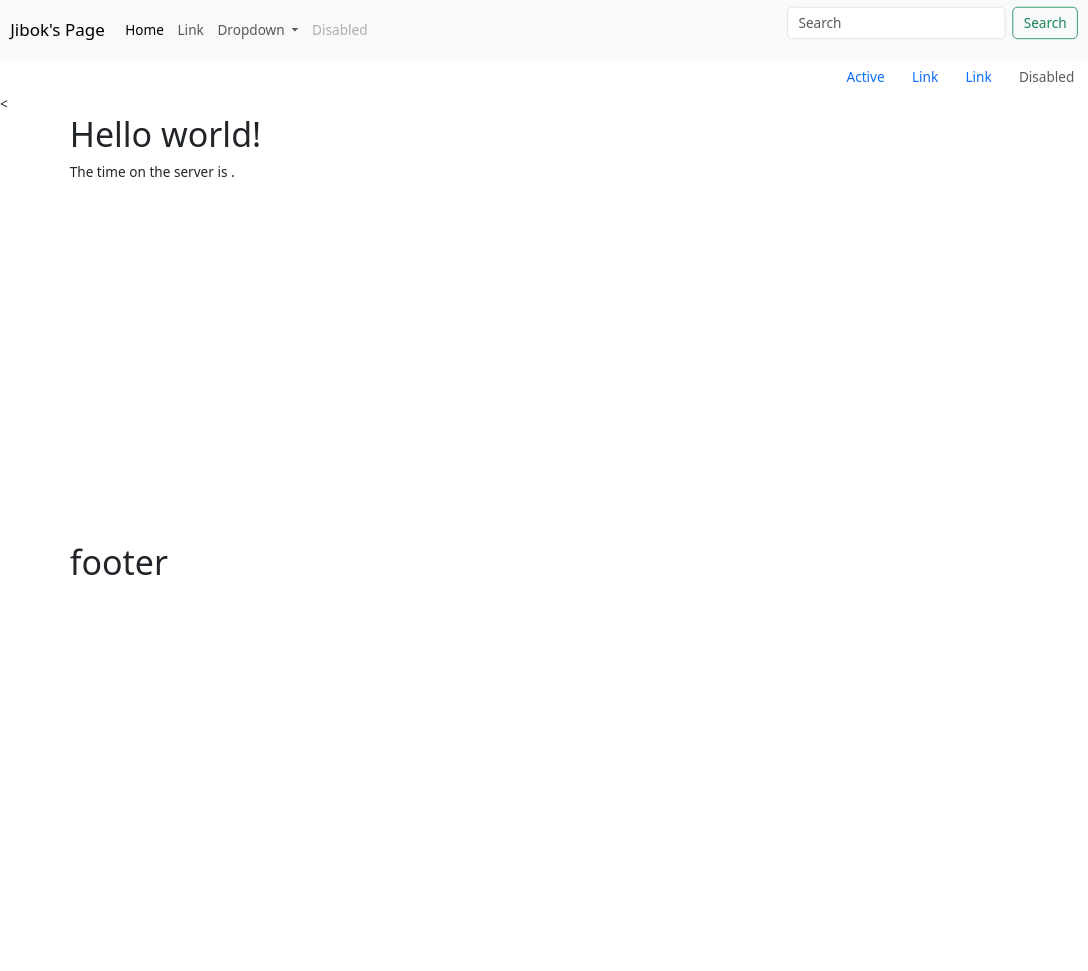
Repository: budflower44/Spring_project
Page: http://localhost/spring_seulmi/WEB-INF/views/index.jsp
The author's editor kept a copy of each file at every save. The page is drawn from the files as they stood at one save, then again after the next save.
The browser window is 1280 px wide. The pictures show the whole page, at 85% of full size.
The page is served by Tomcat 9. Nobody is signed in. Other server files are loaded and not shown. The template is opened directly, without the code that normally fills it, so the values that code supplies are empty.

Above is the page before, as saved 2024-01-17 05:04:56.

### spring_seulmi/src/main/webapp/WEB-INF/views/index.jsp

<jsp:include page="layout/header.jsp" />
<jsp:include page="layout/Nav.jsp" />
<<style>
	.container{
		height: 70vh;
	}
</style>

<div class="container">

<h1>
	Hello world!
</h1>

<P>  The time on the server is ${serverTime}. </P>


</div>

<jsp:include page="layout/footer.jsp" />

### spring_seulmi/src/main/webapp/WEB-INF/views/layout/header.jsp
<%@ page language="java" contentType="text/html; charset=UTF-8"
    pageEncoding="UTF-8"%>
<%@ taglib uri="http://java.sun.com/jsp/jstl/core" prefix="c" %>
<%@ taglib uri="http://www.springframework.org/security/tags" prefix="sec" %>
<link href="https://cdn.jsdelivr.net/npm/bootstrap@5.3.1/dist/css/bootstrap.min.css" rel="stylesheet" integrity="sha384-4bw+/aepP/YC94hEpVNVgiZdgIC5+VKNBQNGCHeKRQN+PtmoHDEXuppvnDJzQIu9" crossorigin="anonymous">


<!DOCTYPE html>
<html>
<head>
<meta charset="UTF-8">
<title>Insert title here</title>
</head>
<body>

<nav class="navbar navbar-expand-lg bg-body-tertiary">
  <div class="container-fluid">
    <a class="navbar-brand" href="#">Jibok's Page</a>
    <button class="navbar-toggler" type="button" data-bs-toggle="collapse" data-bs-target="#navbarSupportedContent" aria-controls="navbarSupportedContent" aria-expanded="false" aria-label="Toggle navigation">
      <span class="navbar-toggler-icon"></span>
    </button>
    <div class="collapse navbar-collapse" id="navbarSupportedContent">
      <ul class="navbar-nav me-auto mb-2 mb-lg-0">
        <li class="nav-item">
          <a class="nav-link active" aria-current="page" href="#">Home</a>
        </li>
        <li class="nav-item">
          <a class="nav-link" href="#">Link</a>
        </li>
        <li class="nav-item dropdown">
          <a class="nav-link dropdown-toggle" href="#" role="button" data-bs-toggle="dropdown" aria-expanded="false">
            Dropdown
          </a>
          <ul class="dropdown-menu">
            <li><a class="dropdown-item" href="#">Action</a></li>
            <li><a class="dropdown-item" href="#">Another action</a></li>
            <li><hr class="dropdown-divider"></li>
            <li><a class="dropdown-item" href="#">Something else here</a></li>
          </ul>
        </li>
        <li class="nav-item">
          <a class="nav-link disabled" aria-disabled="true">Disabled</a>
        </li>
      </ul>
      <form class="d-flex" role="search">
        <input class="form-control me-2" type="search" placeholder="Search" aria-label="Search">
        <button class="btn btn-outline-success" type="submit">Search</button>
      </form>
    </div>
  </div>
</nav>

### spring_seulmi/src/main/webapp/WEB-INF/views/layout/Nav.jsp
<ul class="nav justify-content-end">
  <li class="nav-item">
    <a class="nav-link active" aria-current="page" href="#">Active</a>
  </li>
  <li class="nav-item">
    <a class="nav-link" href="#">Link</a>
  </li>
  <li class="nav-item">
    <a class="nav-link" href="#">Link</a>
  </li>
  <li class="nav-item">
    <a class="nav-link disabled" aria-disabled="true">Disabled</a>
  </li>
</ul>

### spring_seulmi/src/main/webapp/WEB-INF/views/layout/footer.jsp

<div class="container">

<h1>footer</h1>

</div>
    <script src="https://cdn.jsdelivr.net/npm/bootstrap@5.3.1/dist/js/bootstrap.bundle.min.js" integrity="sha384-HwwvtgBNo3bZJJLYd8oVXjrBZt8cqVSpeBNS5n7C8IVInixGAoxmnlMuBnhbgrkm" crossorigin="anonymous"></script>
</body>
</html>

After the next save:
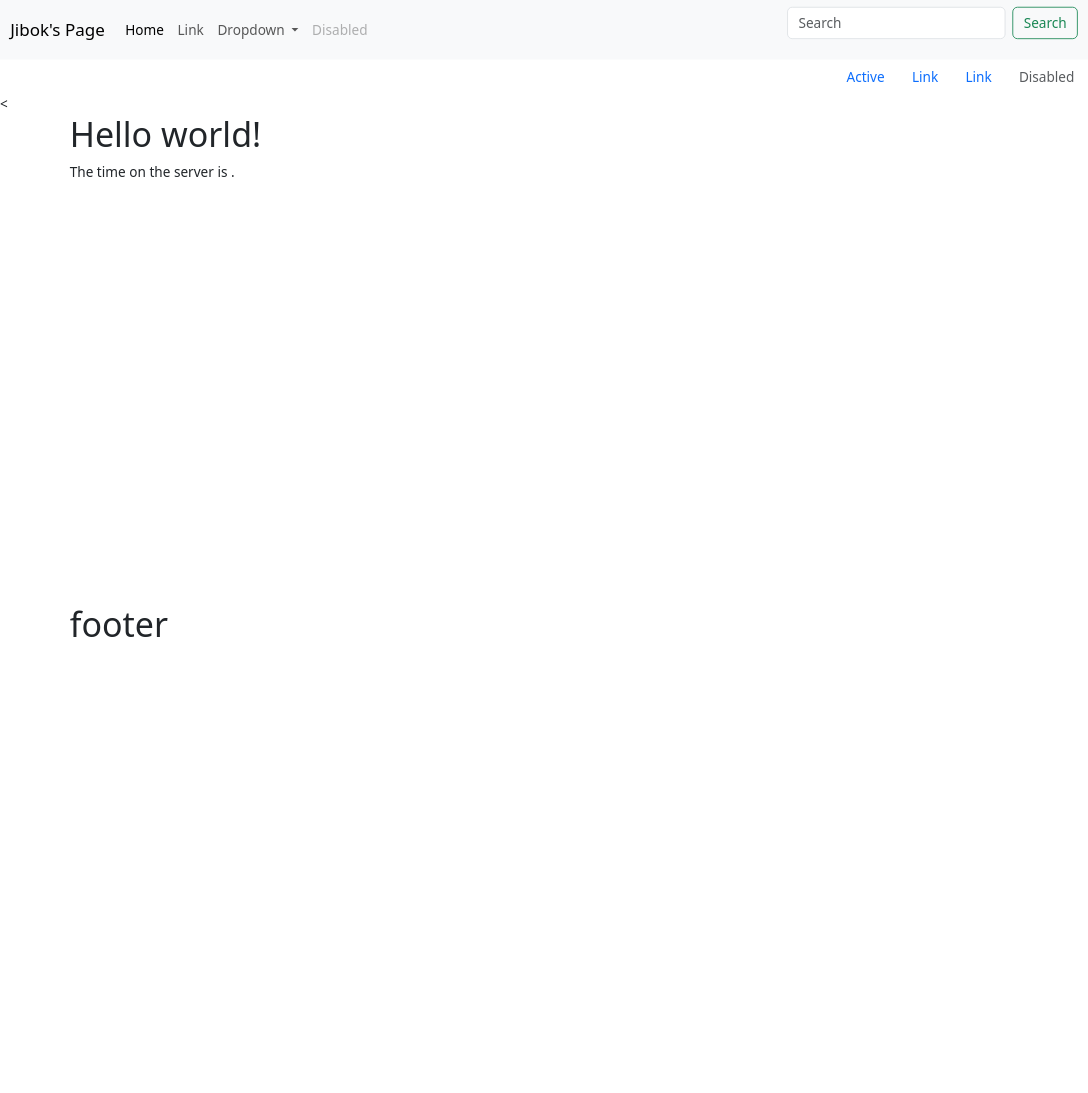
Saved 104 s later.
--- a/spring_seulmi/src/main/webapp/WEB-INF/views/index.jsp
+++ b/spring_seulmi/src/main/webapp/WEB-INF/views/index.jsp
@@ -3,7 +3,7 @@
 <jsp:include page="layout/Nav.jsp" />
 <<style>
 	.container{
-		height: 70vh;
+		height: 80%;
 	}
 </style>
 

After the save that followed:
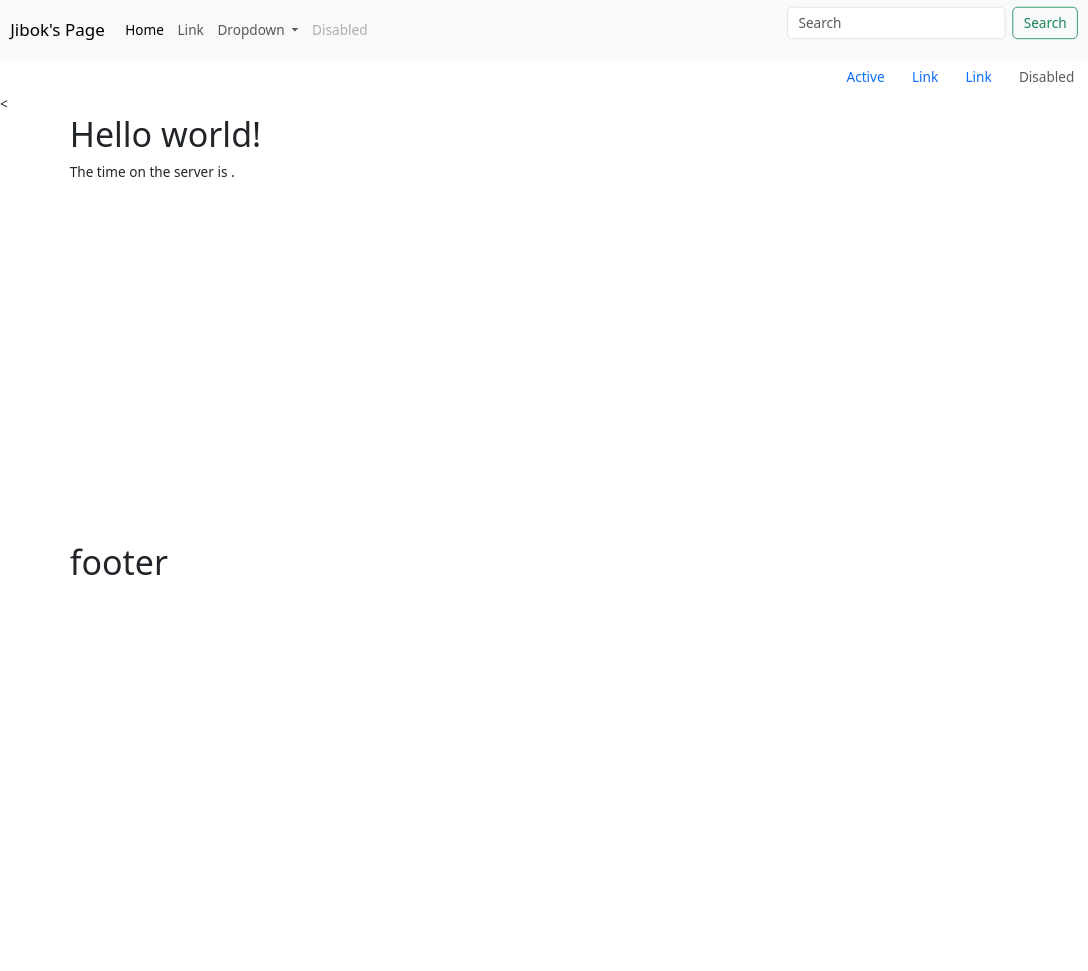
Saved 7 s later.
--- a/spring_seulmi/src/main/webapp/WEB-INF/views/index.jsp
+++ b/spring_seulmi/src/main/webapp/WEB-INF/views/index.jsp
@@ -3,7 +3,7 @@
 <jsp:include page="layout/Nav.jsp" />
 <<style>
 	.container{
-		height: 80%;
+		height: 70%;
 	}
 </style>
 
